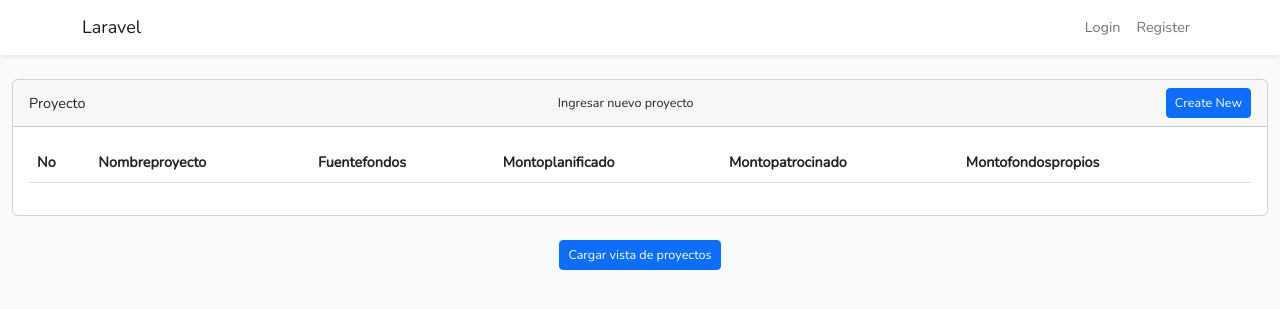
Repository: Hellcat98/Practica_laravel_alfredo
Page: http://localhost/proyecto
These files come from the project's save history. The page is drawn as it stood at one moment and after the next save; the edit follows.
The browser window is 1280 px wide. The pictures show the whole page.
The page is served by the project's Laravel application, run on PHP 8.4 with Laravel 10. Style sheets and scripts are compiled from the project's sources, by tool versions that may differ from the author's. Queries for data that is not in the repository find no rows.

Above is the page before, as saved 2023-06-11 17:39:44.

After the next save:
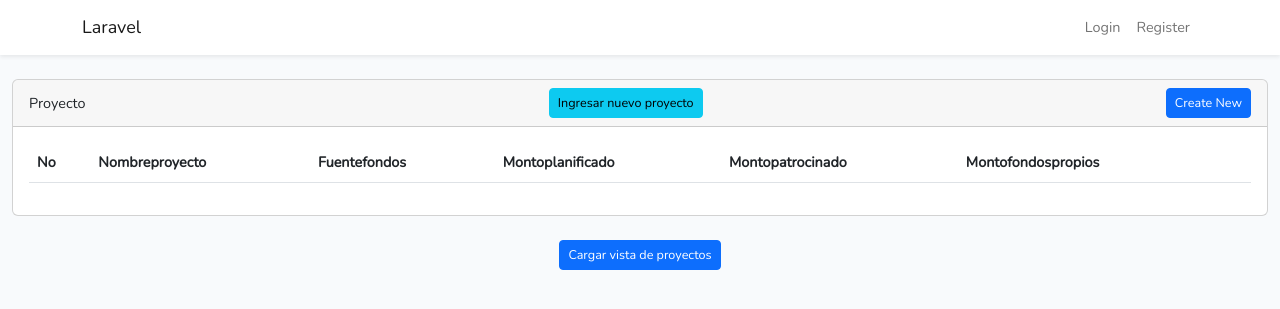
Saved 34 s later.
--- a/resources/views/proyecto/index.blade.php
+++ b/resources/views/proyecto/index.blade.php
@@ -17,7 +17,7 @@
                             </span>
 
                              <div class="float-right">
-                                <a href="{{ route('proyecto.create') }}" class="btn btn-secundary btn-sm float-right"  data-placement="left">
+                                <a href="{{ route('proyecto.create') }}" class="btn btn-info btn-sm float-right"  data-placement="left">
                                   {{ __('Ingresar nuevo proyecto') }}
                                 </a>
                               </div>
